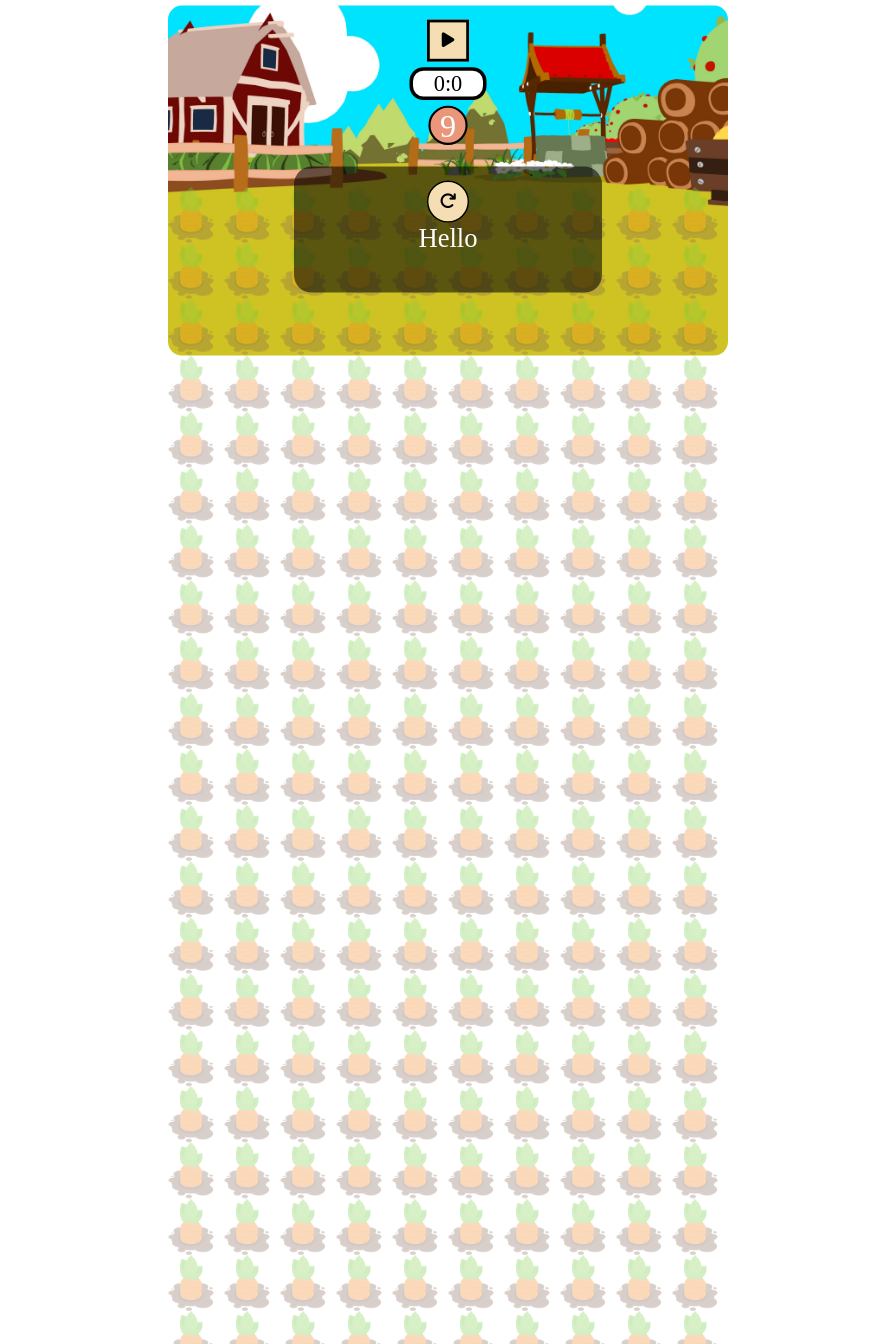
Repository: rumor1993/DreamCoding-Browser101
Page: Chapter07/ellie/index.html
These files come from the project's save history. The page is drawn as it stood at one moment and after the next save; the edit follows.
The browser window is 1280 px wide. The pictures show the part of the page from y = 0 to 1920 px (the page is 2677 px tall before and 720 px after), at 70% of full size.
Some web libraries are served in a nearby version.

Above is the page before, as saved 2021-01-03 21:29:43.

After the next save:
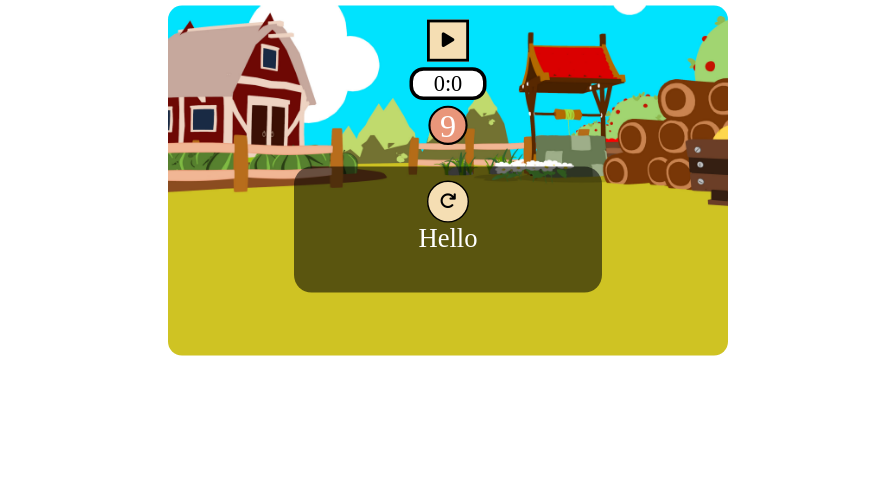
Saved 9 s later.
--- a/Chapter07/ellie/index.css
+++ b/Chapter07/ellie/index.css
@@ -98,8 +98,7 @@ body {
 }
 
 .carrot {
-  widows: 100%;
-  height: 100%;
+  display: block;
   background-repeat: no-repeat;
   background: url("../carrot/img/carrot.png");
 }
